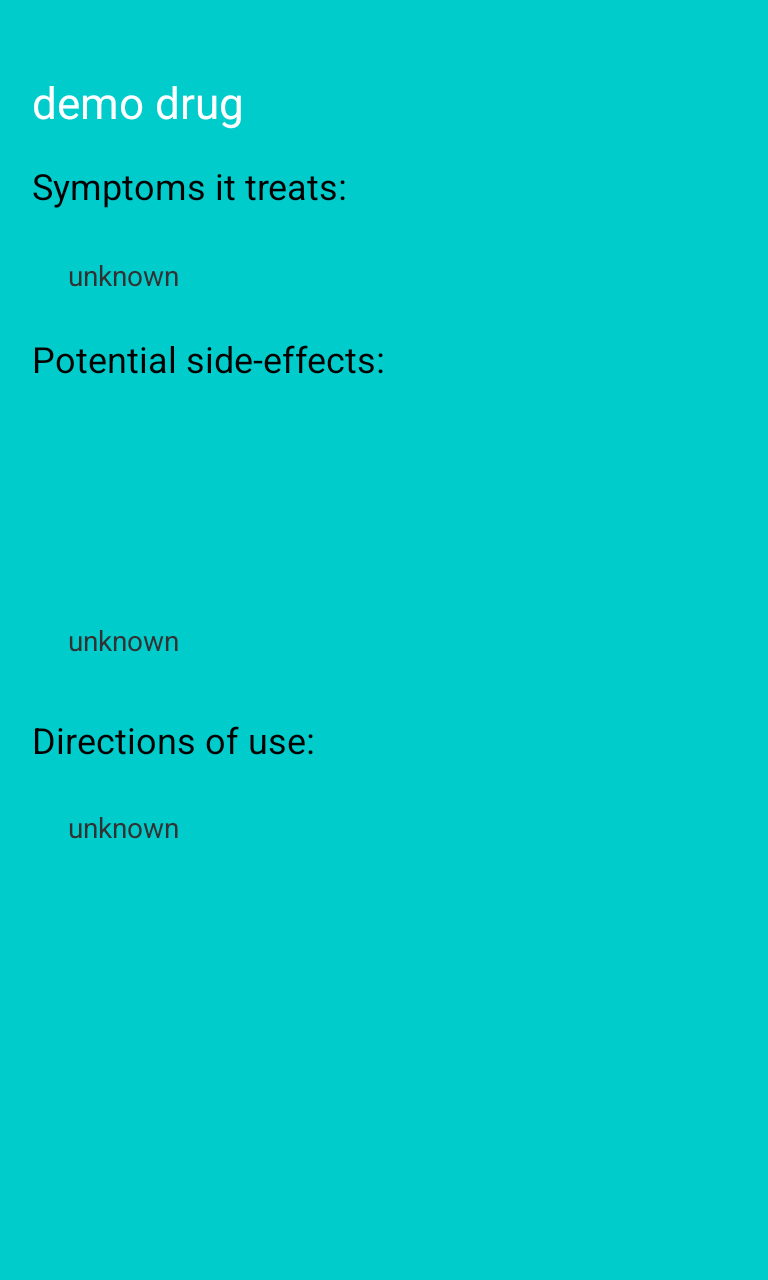
Repository: rosingrr/EECE-Andriod-APP-SympMeds
Layout: app/SympMeds/res/layout/activity_drug_info.xml
The author's editor kept a copy of each file at every save. The layout is drawn from the files as they stood at one save, then again after the next save.
It is drawn on a 768 x 1280 px phone screen (xhdpi) without system bars, with theme AppTheme; the app's code is not run.

Above is the layout before, as saved 2013-07-18 14:12:19.

After the next save:
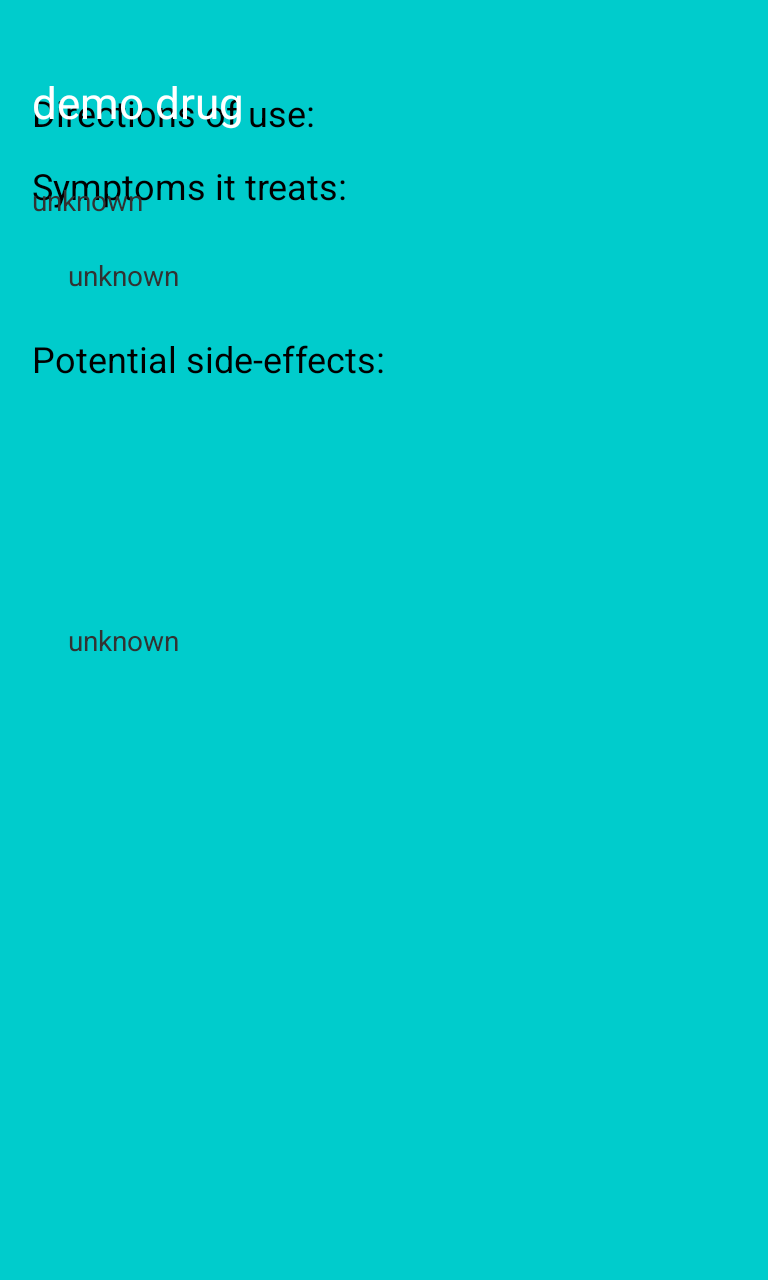
Saved 26 s later.
--- a/app/SympMeds/res/layout/activity_drug_info.xml
+++ b/app/SympMeds/res/layout/activity_drug_info.xml
@@ -51,7 +51,7 @@
         android:textAppearance="?android:attr/textAppearanceSmall" />
 
     <TextView
-        android:id="@+id/textView5"
+        android:id="@+id/drugSE_textView"
         android:layout_width="wrap_content"
         android:layout_height="wrap_content"
         android:layout_alignLeft="@+id/drugSymp_textView"
